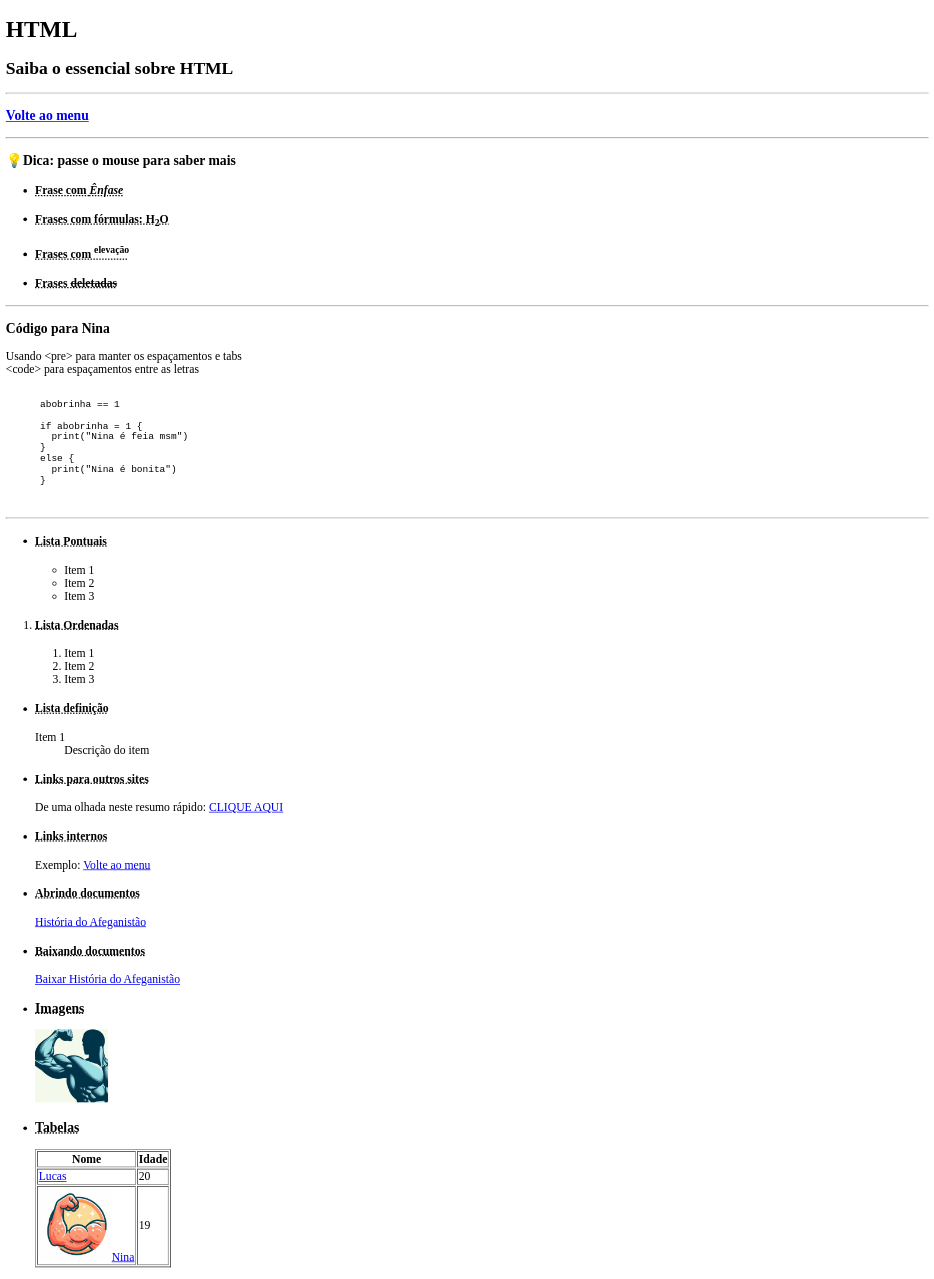
Repository: LuidyOn/Site_Forca_Total
Page: ForçaTotal/sobreHTML.html
An editor plug-in stored every save of this project. The page is shown before and after the next save, followed by the edit.
The browser window is 1280 px wide. The pictures show the whole page, at 73% of full size.

Above is the page before, as saved 2025-05-16 14:31:58.

### ForçaTotal/sobreHTML.html
<!DOCTYPE html>
<html lang="pt-br">
<head>
  <meta charset="UTF-8">
  <meta name="viewport" content="width=device-width, initial-scale=1.0">
  <link rel="shortcut icon" href="img/icons/logo.ico" type="image/x-icon">
  <title>Testes Força total</title>
</head>
<body>
  <h1>HTML</h1>
  <h2>Saiba o essencial sobre HTML</h2>

  <hr>
  <h3><a href="index.html" rel="prev"> Volte ao menu</a></h3>
  <hr>

<h3>💡Dica: passe o mouse para saber mais</h3>

  <ul><li><h4> <abbr title="Para deixar uma frase com ênfase, usamos: <em> ">Frase com <em>Ênfase</em></h4> </abbr>
  </li></ul>

    <ul><li><h4><abbr title="Para utilizarmos frases 'baixas' ou fórmulas usamos: <sub></sub>"> Frases com fórmulas: H<sub>2</sub>O</abbr></h4> </li></ul>

  <ul><li><h4> <abbr title="Para utilizarmos frases com ênfase/superiores usamos: <sup></sup>">Frases com <sup>elevação</sup></h4> </abbr></li></ul>

  <ul><li><abbr title=" Para utilizarmos frases deletadas usamos: <del>"><h4>Frases <del>deletadas</del></h4></abbr></li></ul>

  <hr>

  <h3>Código para Nina</h3>
  <p>Usando &lt;pre&gt; para manter os espaçamentos e tabs <br> &lt;code&gt; para espaçamentos entre as letras</p>

  <p></p>

  <pre>
    <code>
      abobrinha == 1

      if abobrinha = 1 {
        print("Nina é feia msm")
      }
      else {
        print("Nina é bonita")
      }
    </code>
  </pre>

  <hr>

      <ul>
        <li>
          <abbr title="Para usar lista pontuadas use <ul>"> <h4>Lista Pontuais</h4> </abbr>
        </li>
          <ul>
            <li>Item 1</li>
            <li>Item 2</li>
            <li>Item 3</li>
          </ul>
      </ul>

      <ol>
        <li>
          <abbr title="Para usar lista ordenadas use <ol>"> <h4>Lista Ordenadas</h4> </abbr>
        </li>
          <ol>
            <li>Item 1</li>
            <li>Item 2</li>
            <li>Item 3</li>
          </ol>
      </ol>

          <ul>
            <li>
              <abbr title="Para usar uma lista de definição, use <dl> para agrupar os elementos(bloco), <dt> para o termo e <dd> para a descrição."> <h4>Lista definição</h4> </abbr>
              <dl>
                <dt>Item 1</dt>
                <dd>Descrição do item</dd>
              </dl>
            </li>
          </ul>

      <ul>
        <li><abbr title="Dica → <a href='https...' target='_blank'></a> text </a>"><h4>Links para outros sites</h4></abbr>
        </li>
        <p>De uma olhada neste resumo rápido: <a href="https://www.youtube.com/watch?v=dQw4w9WgXcQ" target="_blank" rel="External"> CLIQUE AQUI </a></p>
      </ul>

      <ul>
        <li><abbr title="Dica → <a href='caminho.html' rel='prev/next'></a>"><h4>Links internos</h4></abbr>
        </li>
        <p>Exemplo: <a href="index.html" rel="prev"> Volte ao menu</a></p>
      </ul>

      <ul>
        <li><abbr title="Dica: <a href='caminho.pdf' target='_blank'></a>"> <h4>Abrindo documentos</h4> </abbr>
        </li>
        <p><a href="Documentos/PDFs/GUERRA DO AFEGANISTÃO.pdf" target="_blank"> História do Afeganistão</a></p>
      </ul>

      <ul>
        <li><abbr title="Dica: <a href='caminho.pdf' download='caminho.pdf' type='application/pdf'> 'text'</a>"> <h4>Baixando documentos</h4> </abbr>
        </li>
            <p><a href="Documentos/PDFs/GUERRA DO AFEGANISTÃO.pdf" target="_blank" download="Documentos/PDFs/GUERRA DO AFEGANISTÃO.pdf" type="application/pdf"> Baixar História do Afeganistão</a></p>
      </ul>

  <ul>
    <li><abbr title="Para usar imagens use <img>"><h3>Imagens</h3></abbr></li>

    <img src="img/parteSerior.png" alt="parte superior" style="width: 100px; height: 100px;">
  </ul>

  <ul>
    <li><abbr title="Para usar tabelas use <table> <tr> e <th>"><h3>Tabelas</h3></abbr></li>

    <table border="1">
      <tr>
        <th>Nome</th>
        <th>Idade</th>
      </tr>
      <tr>
        <td><a href="#">Lucas</a></td>
        <td>20</td>
      </tr>
      <tr>
        <td><img src="img/logo.jpg" alt="" style="width: 100px"><a href="#">Nina</a></td>
        <td>19</td>
      </tr>
    </table>

</body>
</html>

After the next save:
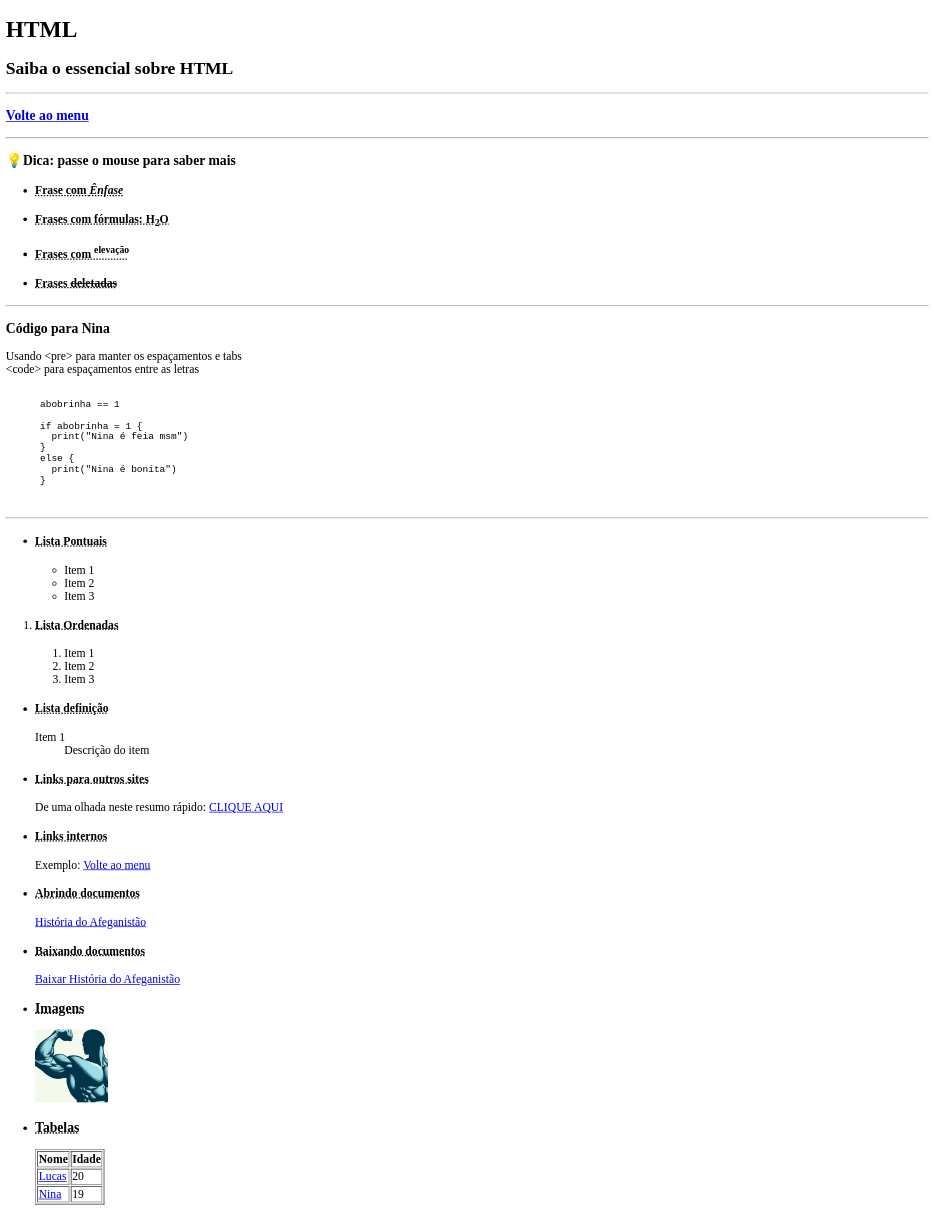
Saved 13 s later.
--- a/ForçaTotal/sobreHTML.html
+++ b/ForçaTotal/sobreHTML.html
@@ -122,7 +122,7 @@
         <td>20</td>
       </tr>
       <tr>
-        <td><img src="img/logo.jpg" alt="" style="width: 100px"><a href="#">Nina</a></td>
+        <td><a href="#">Nina</a></td>
         <td>19</td>
       </tr>
     </table>
